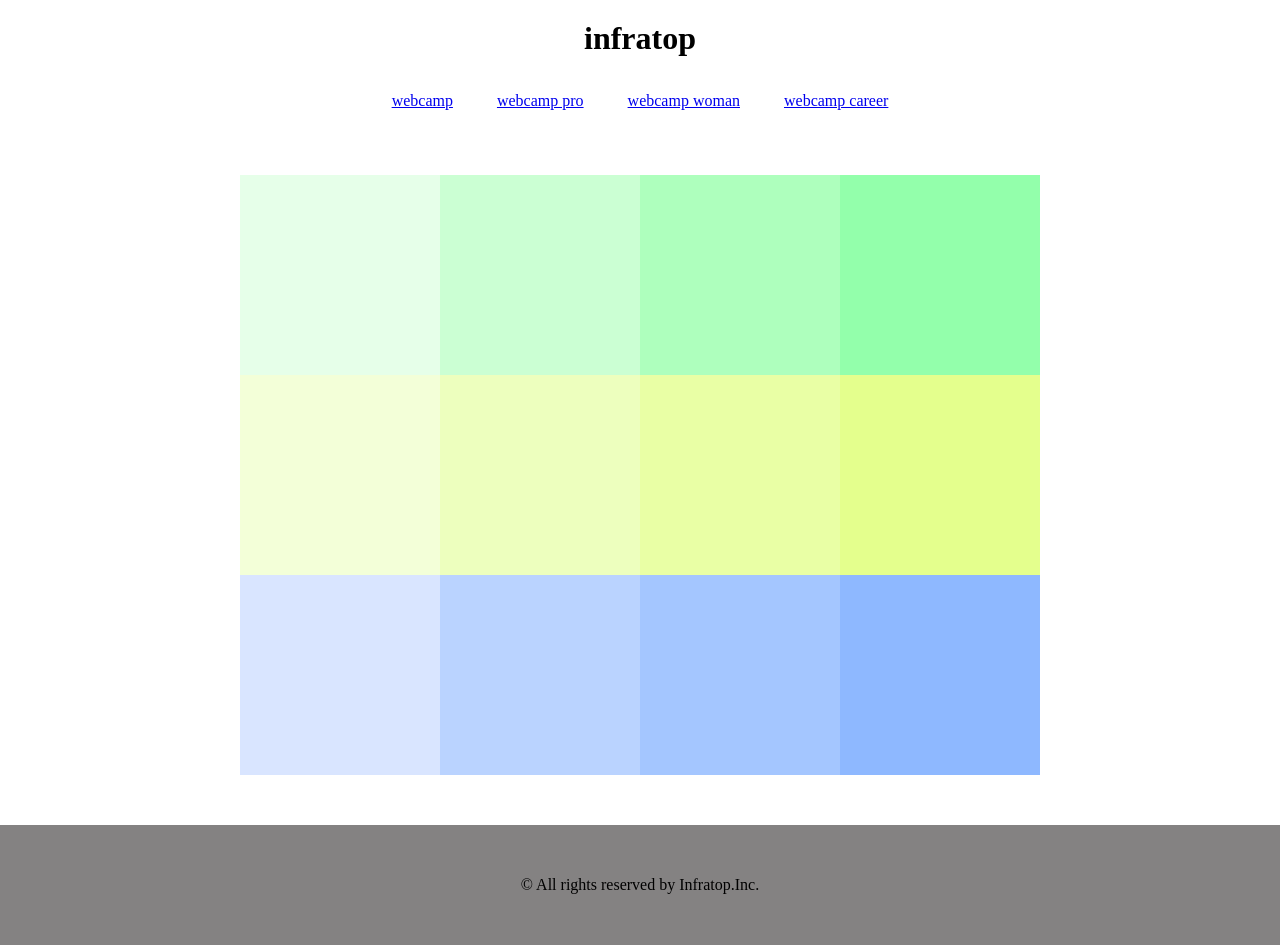
Repository: achoko3/Practice-problem
Page: chapter5/chapter5.html
The author's editor kept a record of every edit. The page is drawn from the files as they stood at one moment, then again after the next edit.
The browser window is 1280 px wide. The pictures show the whole page.

Above is the page before.

After the next edit:
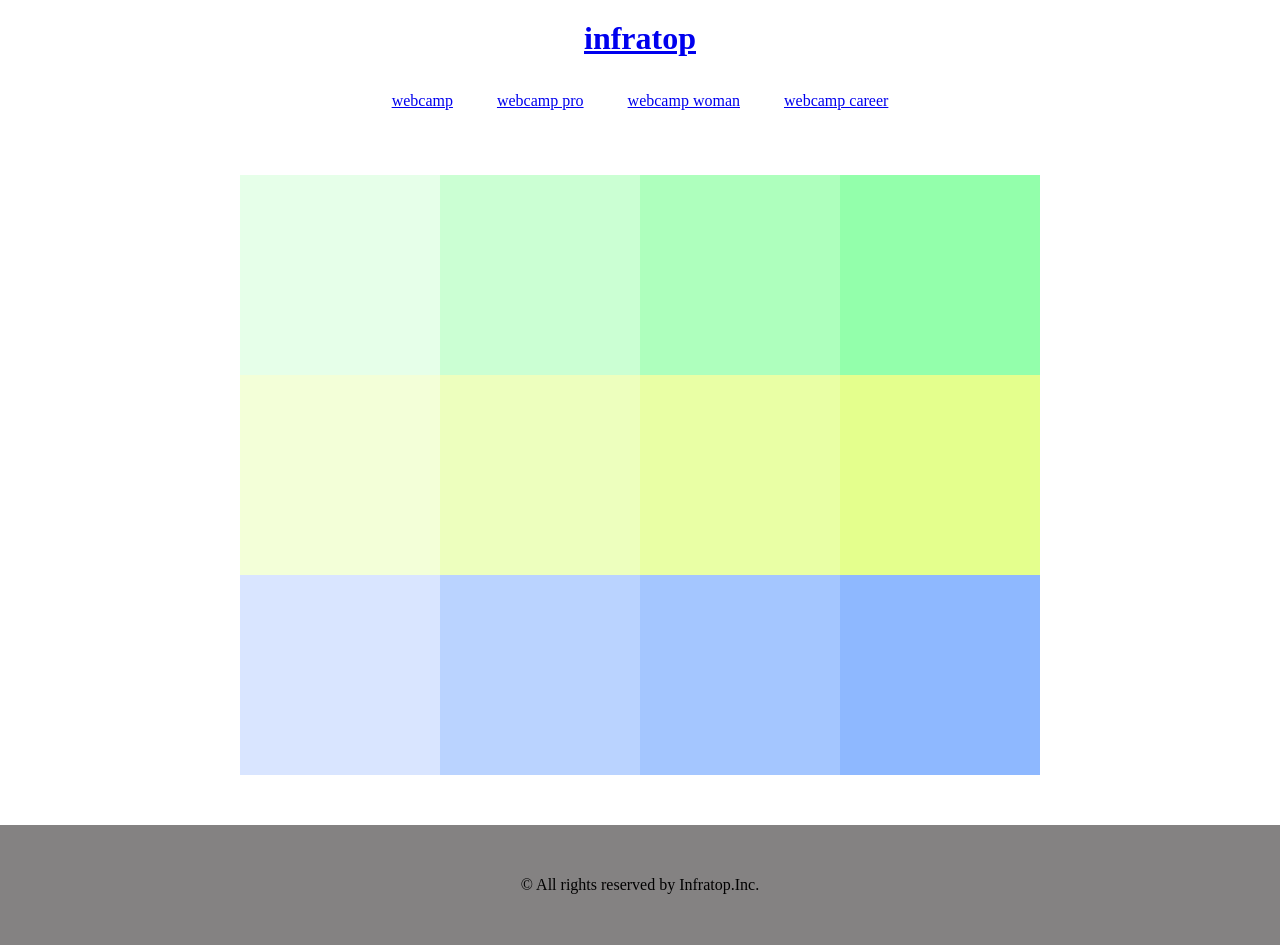
The edit:
--- a/chapter5/chapter5.html
+++ b/chapter5/chapter5.html
@@ -9,7 +9,9 @@
 
   <body>
     <header>
-      <h1><a class="https://infratop.jp/">infratop</a></h1>
+      <h1>
+        <a href="https://infratop.jp/">infratop</a>
+      </h1>
     </header>
     <nav>
 
